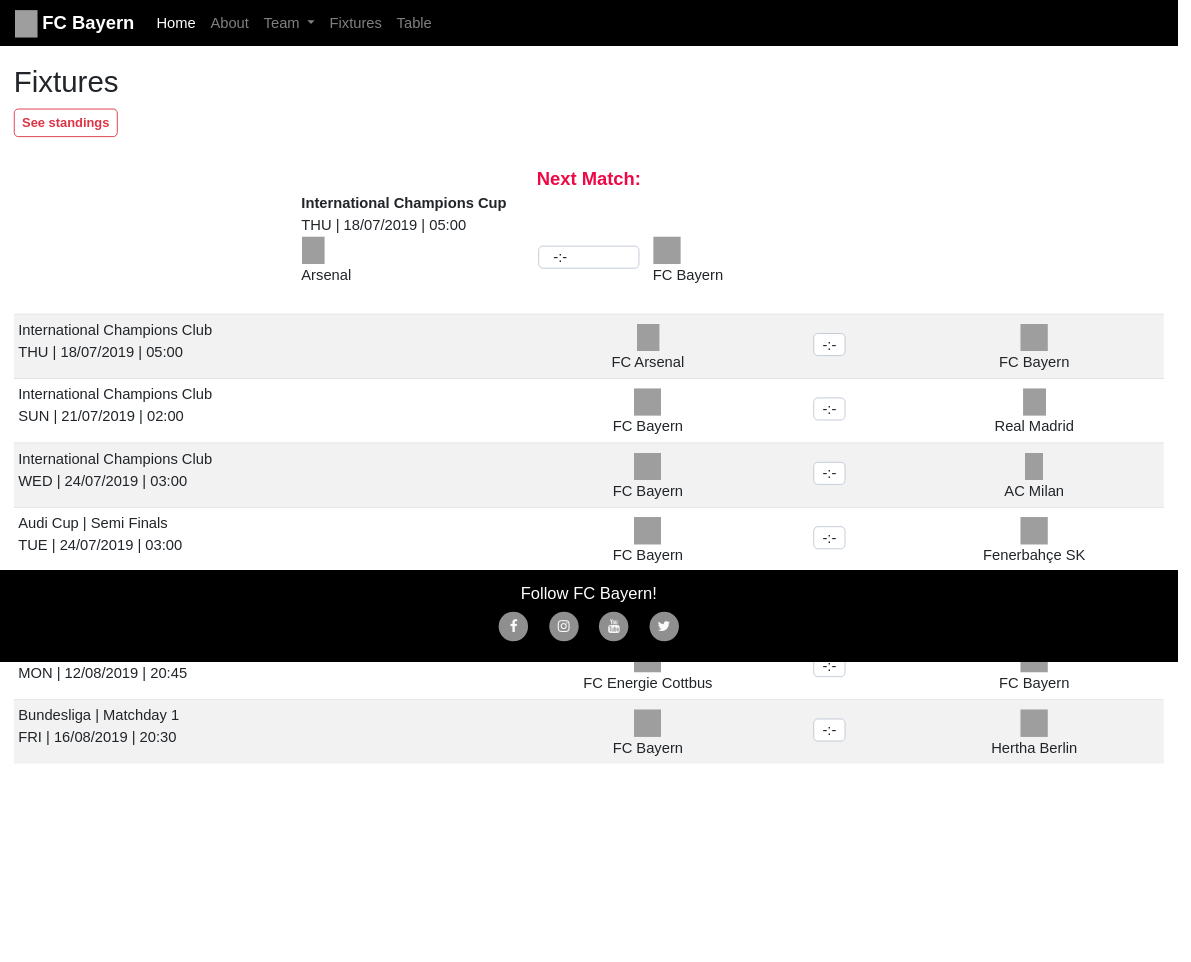
Repository: Code-Institute-Submissions/alnibo-milestone-project-1
Page: fixtures.html
The author's editor kept a record of every edit. The page is drawn from the files as they stood at one moment, then again after the next edit.
The browser window is 1280 px wide. The page is 1295 px wide, so the pictures cover 1295 px, including what lies to the right of the window. The pictures show the whole page, at 92% of full size.
Pictures or frames that could not be fetched are drawn as grey boxes. Some web fonts or font styles are not loaded; a fallback is used.

Above is the page before.

After the next edit:
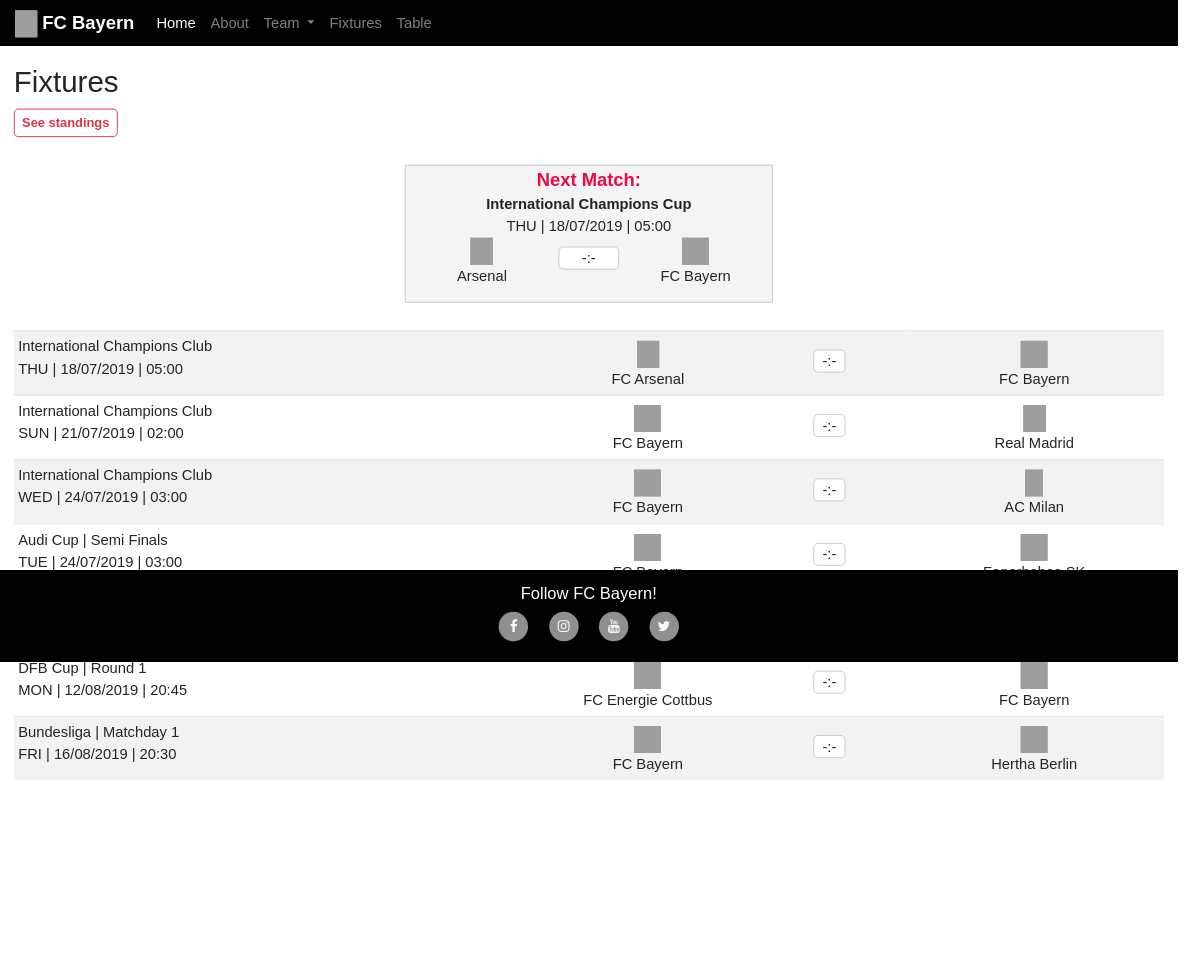
The edit:
--- a/fixtures.html
+++ b/fixtures.html
@@ -95,7 +95,7 @@
 <!---------------- next match for desktop view --------------------------------------------------------------------------------------------------------------------------------------->
 
     <div class="row box-desktop">
-        <div class="container col-6 next-match-container">
+        <div class="container col-6 next-match-container-desktop">
 
             <div class="row next-match-head">
                 <div class="col-12">Next Match:</div>
